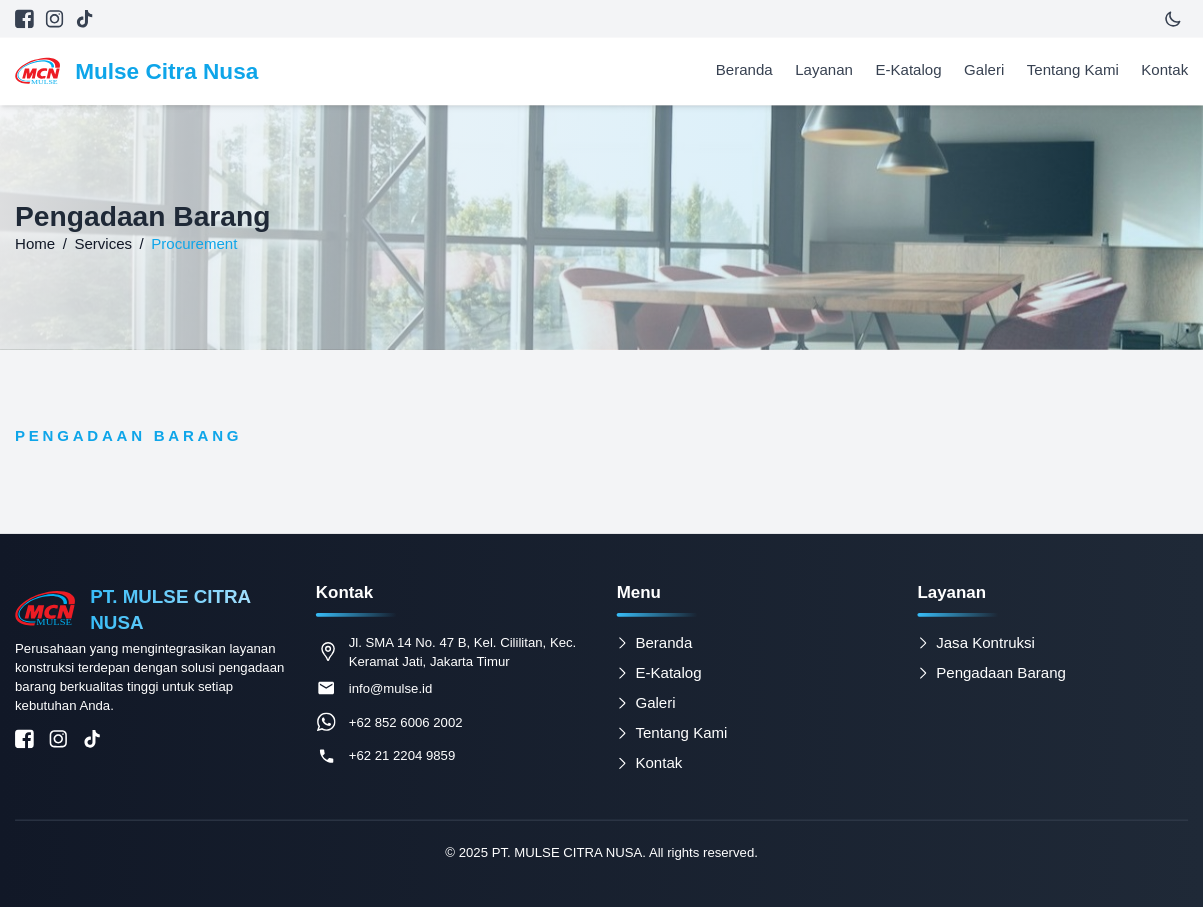
Repository: PrasBaldin/next-mulse
Page: /services/procurement
An editor plug-in stored every save of this project. The page is shown before and after the next save, followed by the edit.
The browser window is 1280 px wide. The pictures show the whole page, at 94% of full size.
The project was rebuilt for these pictures with package versions that can differ from the ones it lists, and the page was loaded fresh each time. The framework's server and built-in components were replaced by stand-ins that run in the browser. Also part of the build but not shown: next.config.ts.

Above is the page before, as saved 2025-02-26 13:23:46.

### app/layout.tsx
import type { Metadata } from "next";
import { Geist, Geist_Mono } from "next/font/google";
import "./globals.css";
import Navbar from "@/components/navbar";
import Footer from "@/components/footer";

const geistSans = Geist({
  variable: "--font-geist-sans",
  subsets: ["latin"],
});

const geistMono = Geist_Mono({
  variable: "--font-geist-mono",
  subsets: ["latin"],
});

export const metadata: Metadata = {
  title: "Mulse",
  description: "Selamat datang di PT. Mulse Citra Nusa, kami menyediakan barang dan jasa sesuai kebutuhan Anda.",
};

export default function RootLayout({
  children,
}: Readonly<{
  children: React.ReactNode;
}>) {
  return (
    <html lang="en">
      <body className={`${geistSans.variable} ${geistMono.variable} antialiased`} >
        <Navbar />
        {children}
        <Footer />
      </body>
    </html>
  );
}

### app/services/procurement/page.tsx
import Link from "next/link";

const ProcurementPage = () => {
  return (
    <>
      <section className="mt-[72px] lg:mt-[112px]">
        <div className="banner">
          <div className="banner-mask"></div>
          <div className="container z-[1] relative">
            <div className="banner-content">
              <h4 className="text-3xl font-bold text-gray-800 dark:text-gray-100 transition duration-500 ease-in-out">
                Pengadaan Barang
              </h4>
              <ul className="breadcrumbs">
                <li>
                  <Link
                    href="/"
                    className="text-gray-900 dark:text-gray-100 transition duration-500 ease-in-out"
                  >
                    Home
                  </Link>
                </li>
                <li className="text-gray-900 dark:text-gray-100 transition duration-500 ease-in-out">
                  /
                </li>
                <li>
                  <Link
                    href="/"
                    className="text-gray-900 dark:text-gray-100 transition duration-500 ease-in-out"
                  >
                    Services
                  </Link>
                </li>
                <li className="text-gray-900 dark:text-gray-100 transition duration-500 ease-in-out">
                  /
                </li>
                <li>
                  <Link href="/gallery" className="text-sky-500">
                    Procurement
                  </Link>
                </li>
              </ul>
            </div>
          </div>
        </div>
      </section>
      <section className="py-20">
        <div className="container">
          <h4 className="mb-3 text-sky-500 font-semibold tracking-[.25em] uppercase">
            Pengadaan Barang
          </h4>
        </div>
      </section>
    </>
  );
};

export default ProcurementPage;

### app/globals.css
@tailwind base;
@tailwind components;
@tailwind utilities;

:root {
  --background: #ffffff;
  --foreground: #171717;
}

@media (prefers-color-scheme: dark) {
  :root {
    --background: #0a0a0a;
    --foreground: #ededed;
  }
}

body {
  font-family: Arial, Helvetica, sans-serif;
  @apply bg-gray-100 dark:bg-gray-700;
}

.container {
  @apply mx-auto px-4;
}

.btn {
  @apply px-4 py-3 rounded-lg transition duration-500 ease-in-out;
}

.btn-primary {
  @apply bg-sky-600 hover:bg-sky-700 dark:hover:bg-sky-700 text-gray-100 hover:text-gray-300;
}

.btn-secondary {
  @apply bg-gray-100 hover:bg-gray-300 dark:hover:bg-gray-300 text-gray-800;
}

.btn-primary-border {
  @apply bg-transparent hover:bg-sky-500 dark:hover:bg-sky-500 border-2 border-sky-500 text-sky-500 dark:text-sky-500 hover:text-white dark:hover:text-white;
}

.banner {
  background-image: url("/img/banner-2.jpg");
  background-size: cover;
  @apply py-[100px] relative;
}

.banner-mask {
  @apply absolute inset-0 bg-gradient-to-r from-gray-100/90 to-sky-500/20 dark:from-gray-800/90 dark:to-sky-500/20 transition duration-500 ease-in-out z-[0];
}

.breadcrumbs {
  @apply flex gap-2 font-medium;
}

### components/navbar.tsx
"use client";
import { useState } from "react";
import Link from "next/link";
import Image from "next/image";

import MulseSvg from "@/public/img/mulse.svg";
import "./navbar.css";

// import ToggleLanguage from "./toggleLanguage";
import ToggleDarkMode from "./toggleDarkMode";

const Navbar = () => {
  const [isOpen, setIsOpen] = useState(false);
  const [isDropdownOpen, setIsDropdownOpen] = useState(false);

  return (
    <>
      <div className="utility-bar">
        <div className="container">
          <div className="flex justify-between items-center">
            <div className="w-full flex">
              <a
                href="https://www.facebook.com/profile.php?id=61550927165561&ref=ig_profile_ac"
                target="_blank"
                rel="noopener noreferrer"
                aria-label="Facebook"
                className="social-media-link hover:text-sky-400 transition-colors duration-300"
              >
                <svg
                  className="w-5 h-5 rounded"
                  fill="currentColor"
                  viewBox="0 0 24 24"
                  stroke="none"
                >
                  <path d="M22.675 0h-21.35C.593 0 0 .593 0 1.325v21.351C0 23.407.593 24 1.325 24h11.494v-9.294H9.692v-3.622h3.127V8.413c0-3.1 1.894-4.788 4.659-4.788 1.325 0 2.463.099 2.794.143v3.24l-1.918.001c-1.504 0-1.794.715-1.794 1.763v2.314h3.587l-.467 3.622h-3.12V24h6.116C23.407 24 24 23.407 24 22.675V1.325C24 .593 23.407 0 22.675 0z" />
                </svg>
              </a>
              <a
                href="https://www.instagram.com/mulse.id/"
                target="_blank"
                rel="noopener noreferrer"
                aria-label="Instagram"
                className="social-media-link hover:text-sky-400 transition-colors duration-300"
              >
                <svg
                  className="w-5 h-5"
                  viewBox="0 0 24 24"
                  fill="none"
                  xmlns="http://www.w3.org/2000/svg"
                >
                  <path
                    fillRule="evenodd"
                    clipRule="evenodd"
                    d="M12 18C15.3137 18 18 15.3137 18 12C18 8.68629 15.3137 6 12 6C8.68629 6 6 8.68629 6 12C6 15.3137 8.68629 18 12 18ZM12 16C14.2091 16 16 14.2091 16 12C16 9.79086 14.2091 8 12 8C9.79086 8 8 9.79086 8 12C8 14.2091 9.79086 16 12 16Z"
                    fill="currentColor"
                  />
                  <path
                    d="M18 5C17.4477 5 17 5.44772 17 6C17 6.55228 17.4477 7 18 7C18.5523 7 19 6.55228 19 6C19 5.44772 18.5523 5 18 5Z"
                    fill="currentColor"
                  />
                  <path
                    fillRule="evenodd"
                    clipRule="evenodd"
                    d="M1.65396 4.27606C1 5.55953 1 7.23969 1 10.6V13.4C1 16.7603 1 18.4405 1.65396 19.7239C2.2292 20.8529 3.14708 21.7708 4.27606 22.346C5.55953 23 7.23969 23 10.6 23H13.4C16.7603 23 18.4405 23 19.7239 22.346C20.8529 21.7708 21.7708 20.8529 22.346 19.7239C23 18.4405 23 16.7603 23 13.4V10.6C23 7.23969 23 5.55953 22.346 4.27606C21.7708 3.14708 20.8529 2.2292 19.7239 1.65396C18.4405 1 16.7603 1 13.4 1H10.6C7.23969 1 5.55953 1 4.27606 1.65396C3.14708 2.2292 2.2292 3.14708 1.65396 4.27606ZM13.4 3H10.6C8.88684 3 7.72225 3.00156 6.82208 3.0751C5.94524 3.14674 5.49684 3.27659 5.18404 3.43597C4.43139 3.81947 3.81947 4.43139 3.43597 5.18404C3.27659 5.49684 3.14674 5.94524 3.0751 6.82208C3.00156 7.72225 3 8.88684 3 10.6V13.4C3 15.1132 3.00156 16.2777 3.0751 17.1779C3.14674 18.0548 3.27659 18.5032 3.43597 18.816C3.81947 19.5686 4.43139 20.1805 5.18404 20.564C5.49684 20.7234 5.94524 20.8533 6.82208 20.9249C7.72225 20.9984 8.88684 21 10.6 21H13.4C15.1132 21 16.2777 20.9984 17.1779 20.9249C18.0548 20.8533 18.5032 20.7234 18.816 20.564C19.5686 20.1805 20.1805 19.5686 20.564 18.816C20.7234 18.5032 20.8533 18.0548 20.9249 17.1779C20.9984 16.2777 21 15.1132 21 13.4V10.6C21 8.88684 20.9984 7.72225 20.9249 6.82208C20.8533 5.94524 20.7234 5.49684 20.564 5.18404C20.1805 4.43139 19.5686 3.81947 18.816 3.43597C18.5032 3.27659 18.0548 3.14674 17.1779 3.0751C16.2777 3.00156 15.1132 3 13.4 3Z"
                    fill="currentColor"
                  />
                </svg>
              </a>
              <a
                href="/"
                target="_blank"
                rel="noopener noreferrer"
                aria-label="Tiktok"
                className="social-media-link hover:text-sky-400 transition-colors duration-300"
              >
                <svg
                  className="w-5 h-5"
                  fill="currentColor"
                  viewBox="0 0 32 32"
                  version="1.1"
                  xmlns="http://www.w3.org/2000/svg"
                >
                  <path d="M16.656 1.029c1.637-0.025 3.262-0.012 4.886-0.025 0.054 2.031 0.878 3.859 2.189 5.213l-0.002-0.002c1.411 1.271 3.247 2.095 5.271 2.235l0.028 0.002v5.036c-1.912-0.048-3.71-0.489-5.331-1.247l0.082 0.034c-0.784-0.377-1.447-0.764-2.077-1.196l0.052 0.034c-0.012 3.649 0.012 7.298-0.025 10.934-0.103 1.853-0.719 3.543-1.707 4.954l0.020-0.031c-1.652 2.366-4.328 3.919-7.371 4.011l-0.014 0c-0.123 0.006-0.268 0.009-0.414 0.009-1.73 0-3.347-0.482-4.725-1.319l0.040 0.023c-2.508-1.509-4.238-4.091-4.558-7.094l-0.004-0.041c-0.025-0.625-0.037-1.25-0.012-1.862 0.49-4.779 4.494-8.476 9.361-8.476 0.547 0 1.083 0.047 1.604 0.136l-0.056-0.008c0.025 1.849-0.050 3.699-0.050 5.548-0.423-0.153-0.911-0.242-1.42-0.242-1.868 0-3.457 1.194-4.045 2.861l-0.009 0.030c-0.133 0.427-0.21 0.918-0.21 1.426 0 0.206 0.013 0.41 0.037 0.61l-0.002-0.024c0.332 2.046 2.086 3.59 4.201 3.59 0.061 0 0.121-0.001 0.181-0.004l-0.009 0c1.463-0.044 2.733-0.831 3.451-1.994l0.010-0.018c0.267-0.372 0.45-0.822 0.511-1.311l0.001-0.014c0.125-2.237 0.075-4.461 0.087-6.698 0.012-5.036-0.012-10.060 0.025-15.083z"></path>
                </svg>
              </a>
            </div>
            <div className="utility-content">
              {/* <ToggleLanguage /> */}
              <ToggleDarkMode />
            </div>
          </div>
        </div>
      </div>
      <nav className="navbar">
        <div className="container">
          <div className="flex justify-between items-center">
            <Link
              href="/"
              className="text-2xl font-bold text-sky-500 dark:text-gray-100 flex items-center transition duration-500 ease-in-out py-3"
            >
              <Image src={MulseSvg} alt="img" className="w-12 mr-4" />
              Mulse Citra Nusa
            </Link>

            <div className="hidden lg:flex space-x-6 items-center">
              <Link href="/" className="nav-link">
                Beranda
              </Link>

              <div
                className="relative group"
                onMouseEnter={() => setIsDropdownOpen(true)}
                onMouseLeave={() => setIsDropdownOpen(false)}
              >
                <Link href="/services">
                  <button className="nav-link flex items-center">
                    Layanan
                  </button>
                </Link>
                <div
                  className={`nav-dropdown min-w-[200px] ${
                    isDropdownOpen
                      ? "opacity-100 visible scale-100 translate-y-0"
                      : "opacity-0 invisible scale-95 translate-y-3"
                  }`}
                >
                  <Link
                    href="/services/procurement"
                    className="nav-link-dropdown"
                  >
                    Pengadaan Barang
                  </Link>
                  <Link
                    href="/services/construction"
                    className="nav-link-dropdown"
                  >
                    Jasa Konstruksi
                  </Link>
                </div>
              </div>
              <a
                href="https://katalog.inaproc.id/mulse-citra-nusa"
                target="_blank"
                className="nav-link"
              >
                E-Katalog
              </a>
              <Link href="/gallery" className="nav-link">
                Galeri
              </Link>
              <Link href="/about" className="nav-link">
                Tentang Kami
              </Link>
              <Link href="/contact" className="nav-link">
                Kontak
              </Link>
            </div>

            <button
              className="lg:hidden relative w-8 h-8"
              onClick={() => setIsOpen(!isOpen)}
            >
              <div
                className={`hamburger ${
                  isOpen
                    ? "rotate-45 top-1/2 transform -translate-y-1/2"
                    : "top-2"
                }`}
              ></div>
              <div
                className={`hamburger ${
                  isOpen ? "opacity-0" : "top-1/2 transform -translate-y-1/2"
                }`}
              ></div>
              <div
                className={`hamburger ${
                  isOpen
                    ? "-rotate-45 bottom-1/2 transform translate-y-1/2"
                    : "bottom-2"
                }`}
              ></div>
            </button>
          </div>
        </div>
      </nav>

      {/* Overlay Sidebar */}
      <div
        className={`lg:hidden fixed top-18 left-0 w-full h-full bg-black/50 backdrop-blur-sm transition-opacity duration-500 ease-in-out z-[9] ${
          isOpen ? "opacity-100 visible" : "opacity-0 invisible"
        }`}
        onClick={() => setIsOpen(false)}
      ></div>

      {/* Sidebar Menu */}
      <div
        className={`bg-white dark:bg-gray-800 lg:hidden fixed right-0 w-64 h-full shadow-lg transform transition-transform duration-500 ease-in-out z-10 ${
          isOpen ? "translate-x-0" : "translate-x-full"
        }`}
      >
        <div className="p-6 flex flex-col space-y-4 mt-[72px]">
          <Link
            href="/"
            className="nav-link-mobile"
            onClick={() => setIsOpen(false)}
          >
            Beranda
          </Link>

          <div>
            <button
              className="nav-link-mobile flex items-center w-full"
              onClick={() => setIsDropdownOpen(!isDropdownOpen)}
            >
              Layanan
              <span
                className={`dropdown-arrow ${
                  isDropdownOpen
                    ? "rotate-45 absolute right-9 mb-2"
                    : "-rotate-45 absolute right-9"
                }`}
              ></span>
            </button>
            <div
              className={`bg-white dark:bg-gray-800 ml-4 space-y-2 rounded-lg overflow-hidden transition-all duration-500 ease-in-out ${
                isDropdownOpen
                  ? "max-h-[500px] opacity-100 p-2 mt-2"
                  : "max-h-0 opacity-0 p-0 mt-0"
              }`}
            >
              <Link
                href="/services/procurement"
                className="nav-link-mobile block"
                onClick={() => setIsOpen(false)}
              >
                Pengadaan Barang
              </Link>
              <Link
                href="/services/construction"
                className="nav-link-mobile block"
                onClick={() => setIsOpen(false)}
              >
                Jasa Konstruksi
              </Link>
            </div>
          </div>
          <Link
            href="https://katalog.mulse.id"
            className="nav-link-mobile"
            onClick={() => setIsOpen(false)}
          >
            E-Katalog
          </Link>
          <Link
            href="/gallery"
            className="nav-link-mobile"
            onClick={() => setIsOpen(false)}
          >
            Galeri
          </Link>
          <Link
            href="/about"
            className="nav-link-mobile"
            onClick={() => setIsOpen(false)}
          >
            Tentang Kami
          </Link>
          <Link
            href="/contact"
            className="nav-link-mobile"
            onClick={() => setIsOpen(false)}
          >
            Kontak
          </Link>
          {/* <ToggleLanguage /> */}
          <ToggleDarkMode />
        </div>
      </div>
    </>
  );
};

export default Navbar;

### components/navbar.css
.utility-bar {
  @apply hidden lg:block absolute top-0 w-full py-1 bg-gray-100 dark:bg-gray-700 transition duration-500 ease-in-out z-10;
}

.utility-content {
  @apply w-auto flex gap-2;
}

.social-media-link {
  @apply mr-3 text-gray-700 dark:text-gray-100 hover:text-sky-500 dark:hover:text-sky-500 transition duration-300;
}

.navbar {
  @apply bg-white dark:bg-gray-800 transition duration-500 ease-in-out shadow-md top-0 lg:top-[40px] fixed lg:absolute w-full z-20;
}

.nav-link {
  @apply text-gray-700 hover:text-sky-500 dark:hover:text-sky-500 dark:text-gray-100 py-5 transition duration-500 ease-in-out border-b-2 border-transparent hover:border-sky-500 flex items-center;
}

.nav-dropdown {
  @apply bg-white dark:bg-gray-800 absolute top-[4rem] -left-2 w-auto pt-2 p-3 border-2 border-sky-300 dark:border-sky-800 border-t-sky-500 dark:border-t-sky-500 shadow-xl rounded-lg overflow-visible transition-all duration-300 transform;
}

.nav-link-dropdown {
  @apply text-gray-700 hover:text-sky-500 dark:hover:text-sky-500 dark:text-gray-100 pt-2 pb-1 transition duration-500 ease-in-out hover:bg-gray-100 dark:hover:bg-gray-700 rounded border-b border-gray-200 hover:border-sky-500 block mt-2 px-2;
}

.nav-link-mobile {
  @apply hover:bg-gray-100 dark:hover:bg-gray-700 text-gray-700 hover:text-sky-500 dark:hover:text-sky-500 dark:text-gray-100 py-2 pl-2 border-b border-gray-200 hover:border-sky-500 rounded transition;
}

.hamburger {
  @apply absolute w-6 h-[3px] bg-gray-800 dark:bg-gray-100 rounded transition duration-500 ease-in-out;
}

.dropdown-arrow {
  @apply border-b-2 border-r-2 border-gray-700 dark:border-gray-100 ml-2 w-3 h-3 transition duration-500 ease-in-out;
}

.nav-link-mobile:hover .dropdown-arrow {
  @apply border-sky-500;
}

### components/toggleDarkMode.tsx
"use client";
import { useState, useEffect } from "react";
import IconDarkMode from "../app/_assets/icon/iconDarkmode";
import IconLightMode from "../app/_assets/icon/iconLightmode";

import "./toggleDarkMode.css";

const ToggleDarkMode = () => {
  const [isDarkMode, setIsDarkMode] = useState(false);
  useEffect(() => {
    const storedTheme = localStorage.getItem("theme");
    setIsDarkMode(storedTheme === "dark");
  }, []);

  useEffect(() => {
    if (isDarkMode) {
      document.documentElement.classList.add("dark");
      localStorage.setItem("theme", "dark");
    } else {
      document.documentElement.classList.remove("dark");
      localStorage.setItem("theme", "light");
    }
  }, [isDarkMode]);

  return (
    <>
      {/* Mobile */}
      <button
        onClick={() => setIsDarkMode(!isDarkMode)}
        className="lg:hidden btn h-11 flex items-center"
        style={{ padding: ".5rem" }}
      >
        <div className="block">
          <div className="absolute flex items-center gap-2">
            <div
              className={`toggle-dark-mode-mobile gap-2 ${
                isDarkMode ? "opacity-100 rotate-0" : "opacity-0 rotate-90"
              }`}
            >
              <IconLightMode />
            </div>
            <span
              className={`text-gray-700 dark:text-gray-300 ${
                isDarkMode ? "opacity-100" : "opacity-0"
              }`}
            >
              Light Mode
            </span>
          </div>
          <div className="flex items-center gap-2">
            <div
              className={`toggle-dark-mode-mobile gap-2 ${
                isDarkMode ? "opacity-0 -rotate-90" : "opacity-100 rotate-0"
              }`}
            >
              <IconDarkMode />
            </div>
            <span
              className={`text-gray-700 dark:text-gray-300 ${
                isDarkMode ? "opacity-0" : "opacity-100"
              }`}
            >
              Night Mode
            </span>
          </div>
        </div>
      </button>

      {/* Desktop */}
      <button
        onClick={() => setIsDarkMode(!isDarkMode)}
        className="btn hidden lg:block btn w-8 h-8 relative overflow-hidden"
      >
        <div
          className={`toggle-dark-mode ${
            isDarkMode ? "opacity-100 rotate-0" : "opacity-0 rotate-90"
          }`}
        >
          <IconLightMode />
        </div>
        <div
          className={`toggle-dark-mode ${
            isDarkMode ? "opacity-0 -rotate-90" : "opacity-100 rotate-0"
          }`}
        >
          <IconDarkMode />
        </div>
      </button>
    </>
  );
};

export default ToggleDarkMode;

### components/footer.css
footer table tr a {
    @apply transition duration-300
}

footer table tr:hover a {
    @apply text-sky-400
}

### app/_assets/icon/iconDarkmode.tsx
import React from "react";

const IconDarkmode = () => {
    return (
        <svg xmlns="http://www.w3.org/2000/svg" className="h-5 w-5 text-gray-700 dark:text-gray-100" fill="none" viewBox="0 0 24 24" stroke="currentColor">
            <path strokeLinecap="round" strokeLinejoin="round" strokeWidth={2} d="M20.354 15.354A9 9 0 018.646 3.646 9.003 9.003 0 0012 21a9.003 9.003 0 008.354-5.646z" />
        </svg>
    )
}

export default IconDarkmode

### app/_assets/icon/iconLightmode.tsx
import React from "react";

const IconLightMode = () => {
    return (
        <svg xmlns="http://www.w3.org/2000/svg" className="h-5 w-5 text-gray-100" fill="none" viewBox="0 0 24 24" stroke="currentColor">
            <path strokeLinecap="round" strokeLinejoin="round" strokeWidth="2" d="M12 3v1m0 16v1m9-9h-1M4 12H3m15.364 6.364l-.707-.707M6.343 6.343l-.707-.707m12.728 0l-.707.707M6.343 17.657l-.707.707" />
            <circle cx="12" cy="12" r="3" stroke="currentColor" strokeWidth="2" fill="none" />
        </svg>
    )
}

export default IconLightMode

### components/toggleDarkMode.css
.toggle-dark-mode {
    @apply absolute top-0 bottom-0 left-0 right-0 flex items-center justify-center transition-all duration-500 transform
}

.toggle-dark-mode-mobile {
    @apply flex items-center justify-center transition-all duration-500 transform
}

### tailwind.config.ts
import type { Config } from "tailwindcss";

export default {
  darkMode: 'class',
  content: [
    "./pages/**/*.{js,ts,jsx,tsx,mdx}",
    "./components/**/*.{js,ts,jsx,tsx,mdx}",
    "./app/**/*.{js,ts,jsx,tsx,mdx}"
  ],
  theme: {
    extend: {
      width: {
        '11': '2.75rem',
      },
      height: {
        '11': '2.75rem',
      },
      colors: {
        background: "var(--background)",
        foreground: "var(--foreground)",
      },
    },
  },
  plugins: [],
} satisfies Config;

Loaded but not shown: components/footer.tsx (503 lines, source omitted)

After the next save:
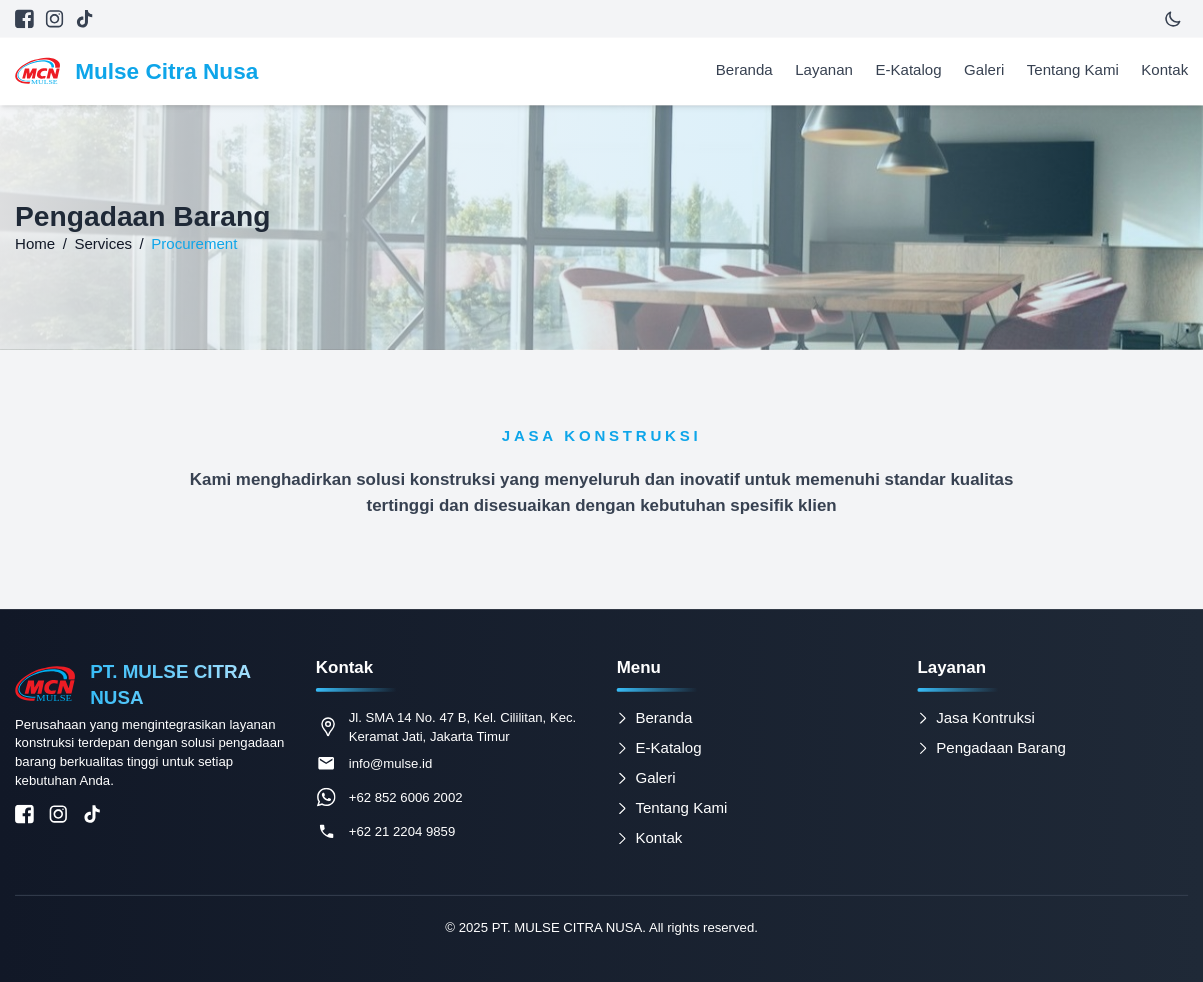
Saved 40 s later.
--- a/app/services/procurement/page.tsx
+++ b/app/services/procurement/page.tsx
@@ -46,9 +46,16 @@
       </section>
       <section className="py-20">
         <div className="container">
-          <h4 className="mb-3 text-sky-500 font-semibold tracking-[.25em] uppercase">
-            Pengadaan Barang
-          </h4>
+          <div className="container text-center">
+            <h4 className="mb-3 text-sky-500 font-semibold tracking-[.25em] uppercase">
+              Jasa Konstruksi
+            </h4>
+            <h3 className="py-2 my-2 mx-auto w-3/4 text-gray-700 dark:text-gray-100 transition duration-500 ease-in-out text-lg font-semibold">
+              Kami menghadirkan solusi konstruksi yang menyeluruh dan inovatif
+              untuk memenuhi standar kualitas tertinggi dan disesuaikan dengan
+              kebutuhan spesifik klien
+            </h3>
+          </div>
         </div>
       </section>
     </>
